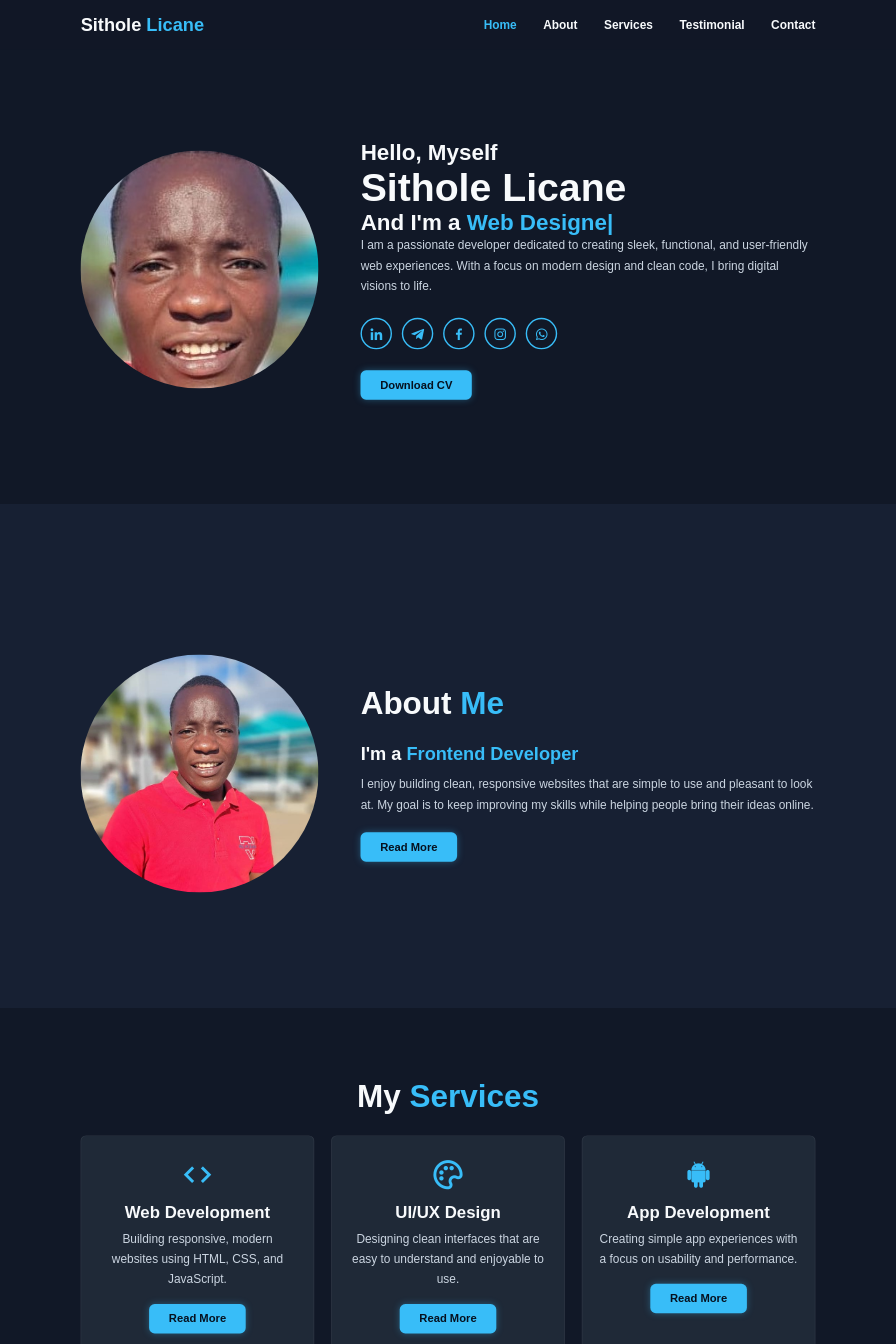
Repository: sitholelicane/myportfolio
Page: myweb.html
The author's editor kept a copy of each file at every save. The page is drawn from the files as they stood at one save, then again after the next save.
The browser window is 1280 px wide. The pictures show the part of the page from y = 0 to 1920 px (the page is 3738 px tall), at 70% of full size.
Some web libraries are served in a nearby version.

Above is the page before, as saved 2026-05-16 21:58:10.

After the next save:
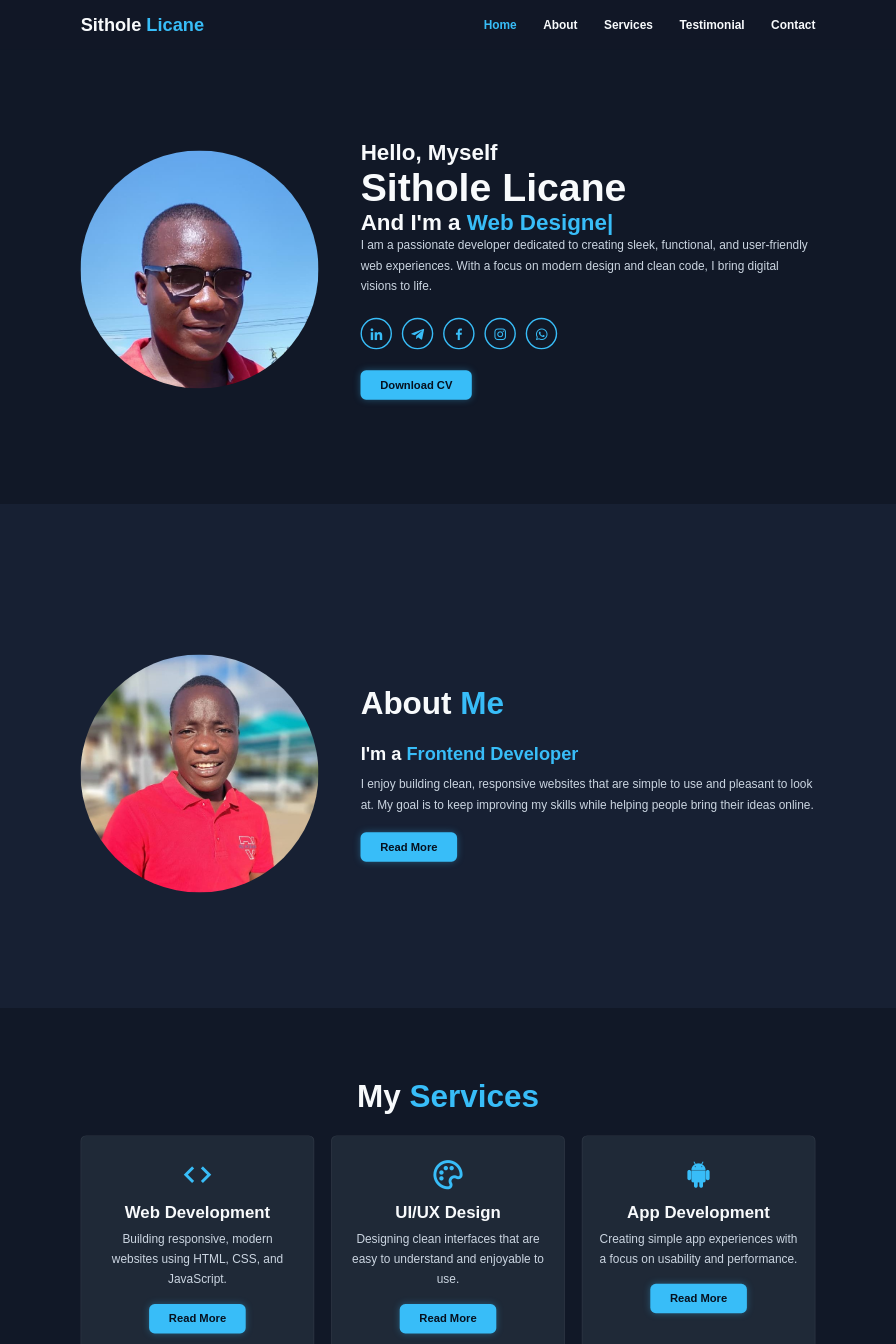
Saved 6 min 42 s later.
--- a/myweb.html
+++ b/myweb.html
@@ -25,7 +25,7 @@
 
     <section class="home" id="home">
         <div class="home-img">
-            <img src="Profile.jpeg" alt="Sithole Licane profile photo" onerror="this.style.display='none'">
+            <img src="lee.jpeg" alt="Sithole Licane profile photo" onerror="this.style.display='none'">
         </div>
 
         <div class="home-content">
